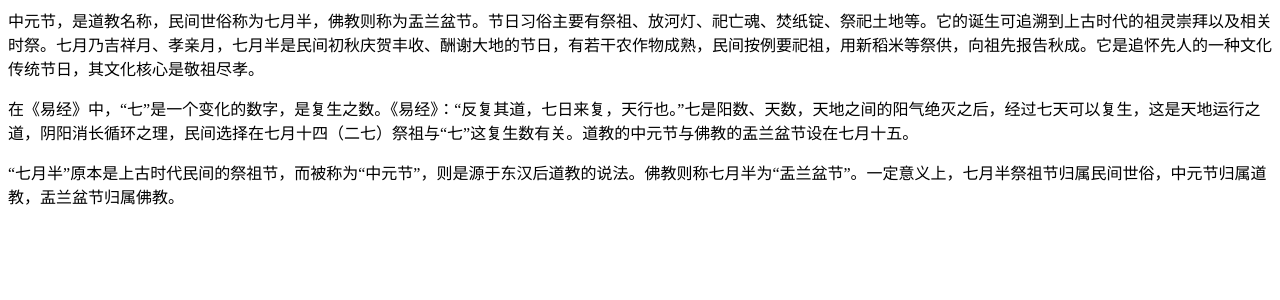
Repository: XueJie1/computer-operation-basics
Page: pages/dragonboatfes/introduction.html
The author's editor kept a copy of each file at every save. The page is drawn from the files as they stood at one save, then again after the next save.
The browser window is 1280 px wide. The pictures show the whole page.

Above is the page before, as saved 2023-09-05 17:54:56.

After the next save:
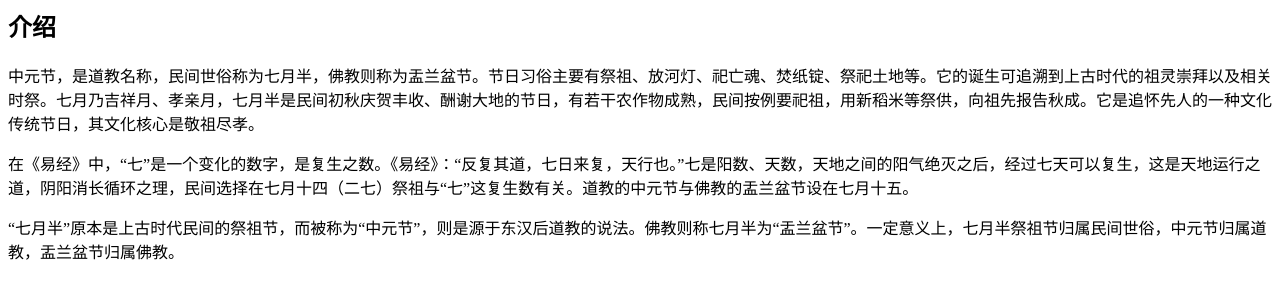
Saved 27 s later.
--- a/pages/dragonboatfes/introduction.html
+++ b/pages/dragonboatfes/introduction.html
@@ -1,6 +1,6 @@
+<h2>介绍</h2>
 <p>中元节，是道教名称，民间世俗称为七月半，佛教则称为盂兰盆节。节日习俗主要有祭祖、放河灯、祀亡魂、焚纸锭、祭祀土地等。它的诞生可追溯到上古时代的祖灵崇拜以及相关时祭。七月乃吉祥月、孝亲月，七月半是民间初秋庆贺丰收、酬谢大地的节日，有若干农作物成熟，民间按例要祀祖，用新稻米等祭供，向祖先报告秋成。它是追怀先人的一种文化传统节日，其文化核心是敬祖尽孝。
 </p>
 <p>在《易经》中，“七”是一个变化的数字，是复生之数。《易经》：“反复其道，七日来复，天行也。”七是阳数、天数，天地之间的阳气绝灭之后，经过七天可以复生，这是天地运行之道，阴阳消长循环之理，民间选择在七月十四（二七）祭祖与“七”这复生数有关。道教的中元节与佛教的盂兰盆节设在七月十五。
 </p>
 <p>“七月半”原本是上古时代民间的祭祖节，而被称为“中元节”，则是源于东汉后道教的说法。佛教则称七月半为“盂兰盆节”。一定意义上，七月半祭祖节归属民间世俗，中元节归属道教，盂兰盆节归属佛教。</p>
-<p></p>
